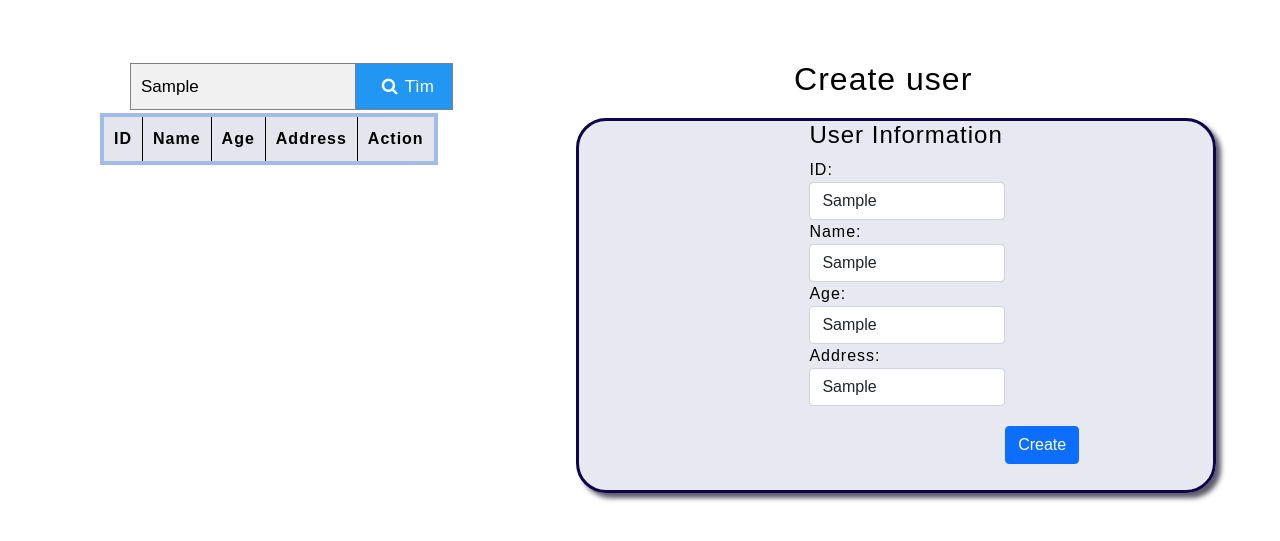
Repository: minhtuan16/JS-Basic
Page: CRUD-Department/userrr.html
The author's editor kept a copy of each file at every save. The page is drawn from the files as they stood at one save, then again after the next save.
The browser window is 1280 px wide. The pictures show the whole page.
Empty fields were first filled with sample values (such as "Sample", 5 or name@example.com).
After loading, the first visible `#searchh` was clicked once.

Above is the page before, as saved 2022-06-09 01:39:39.

After the next save:
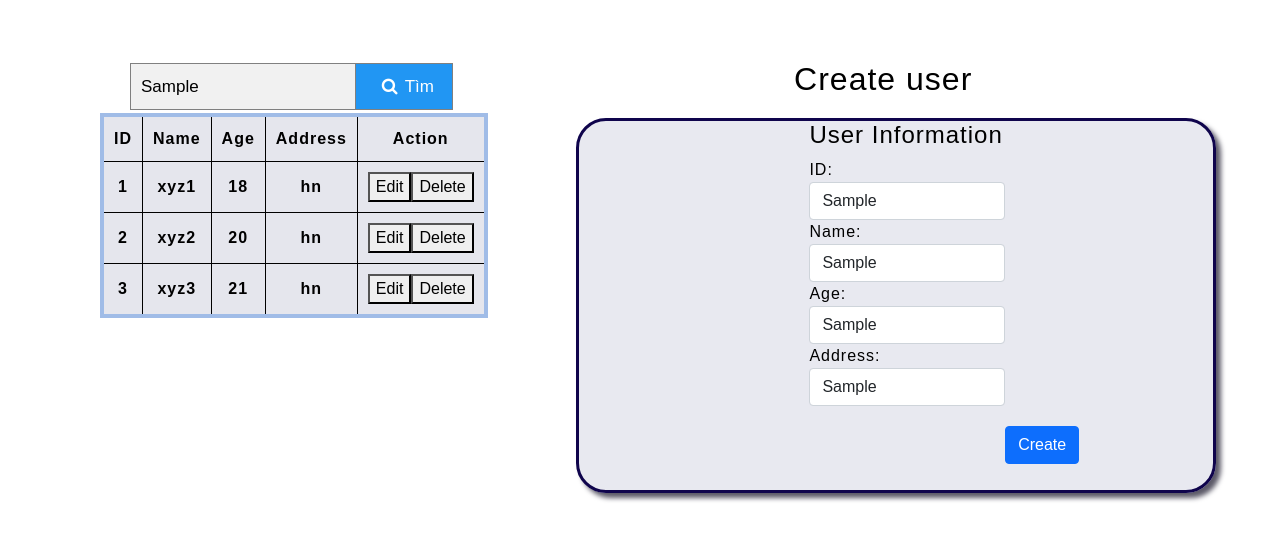
Saved 4 min 3 s later.
--- a/CRUD-Department/scripts/create.js
+++ b/CRUD-Department/scripts/create.js
@@ -152,11 +152,11 @@
 
         var a = inputt.length;
 
-        if (a == null) {
+        if (inputt.length) {
 
             console.log(data)
             resetDrawTable(data)
-        } else if (a > 0) {
+        } else if (inputt.length > 0) {
             var index = data.filter(x => x.name == inputt);
 
             data = index;

After the save that followed:
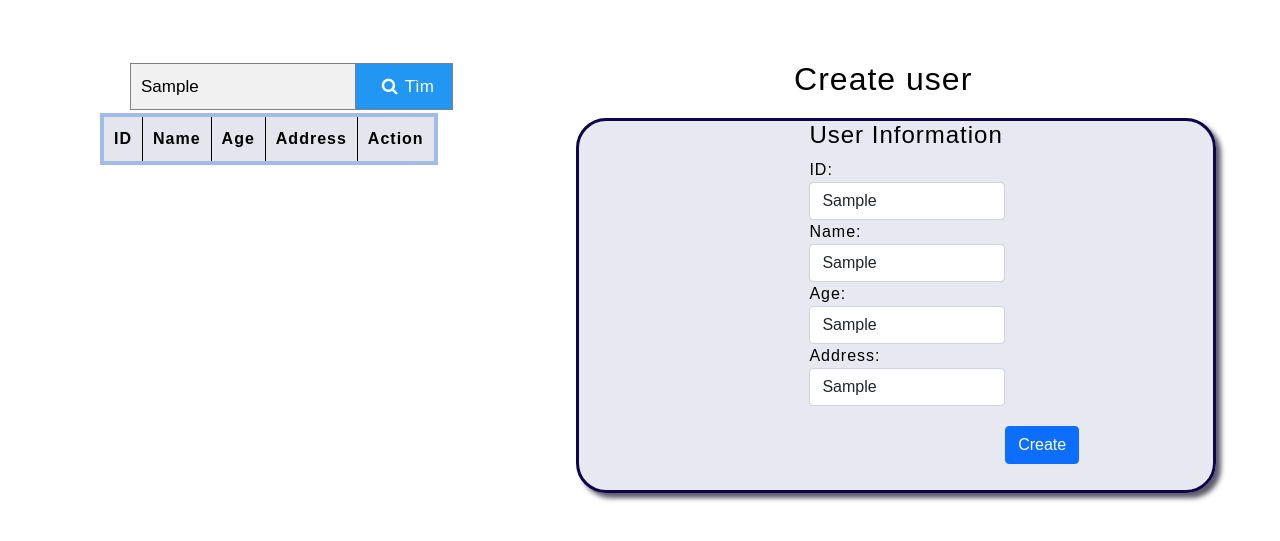
Saved 8 s later.
--- a/CRUD-Department/scripts/create.js
+++ b/CRUD-Department/scripts/create.js
@@ -152,7 +152,7 @@
 
         var a = inputt.length;
 
-        if (inputt.length) {
+        if (inputt.length == null) {
 
             console.log(data)
             resetDrawTable(data)
